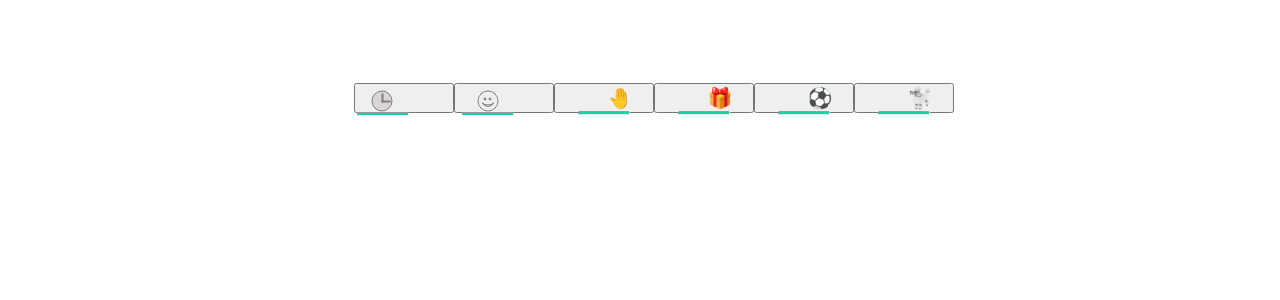
Repository: Gaj123-coder/emoji-search-app
Page: /
These files come from the project's save history. The page is drawn as it stood at one moment and after the next save; the edit follows.
The browser window is 1280 px wide. The pictures show the whole page.
The project was rebuilt for these pictures with package versions that can differ from the ones it lists, and the page was loaded fresh each time.

Above is the page before, as saved 2021-10-31 11:04:29.

After the next save:
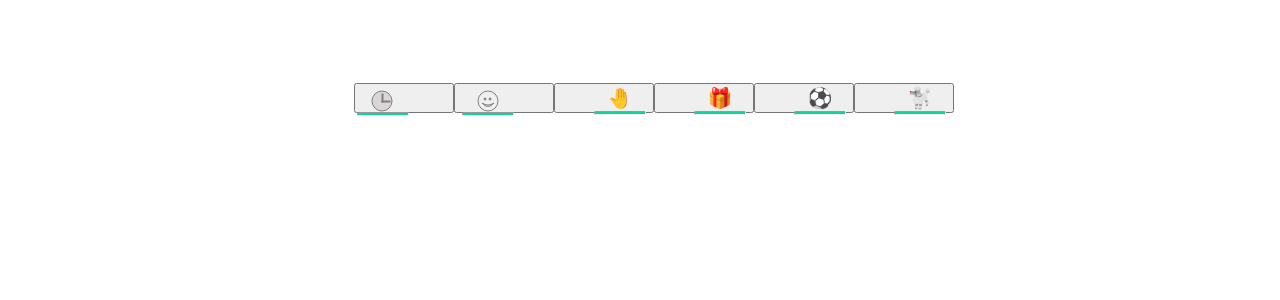
Saved 7 s later.
--- a/src/App.css
+++ b/src/App.css
@@ -48,5 +48,6 @@
 
 .rem-pos{
   position: relative;
+  left:1rem;
   bottom:5px;
 }
